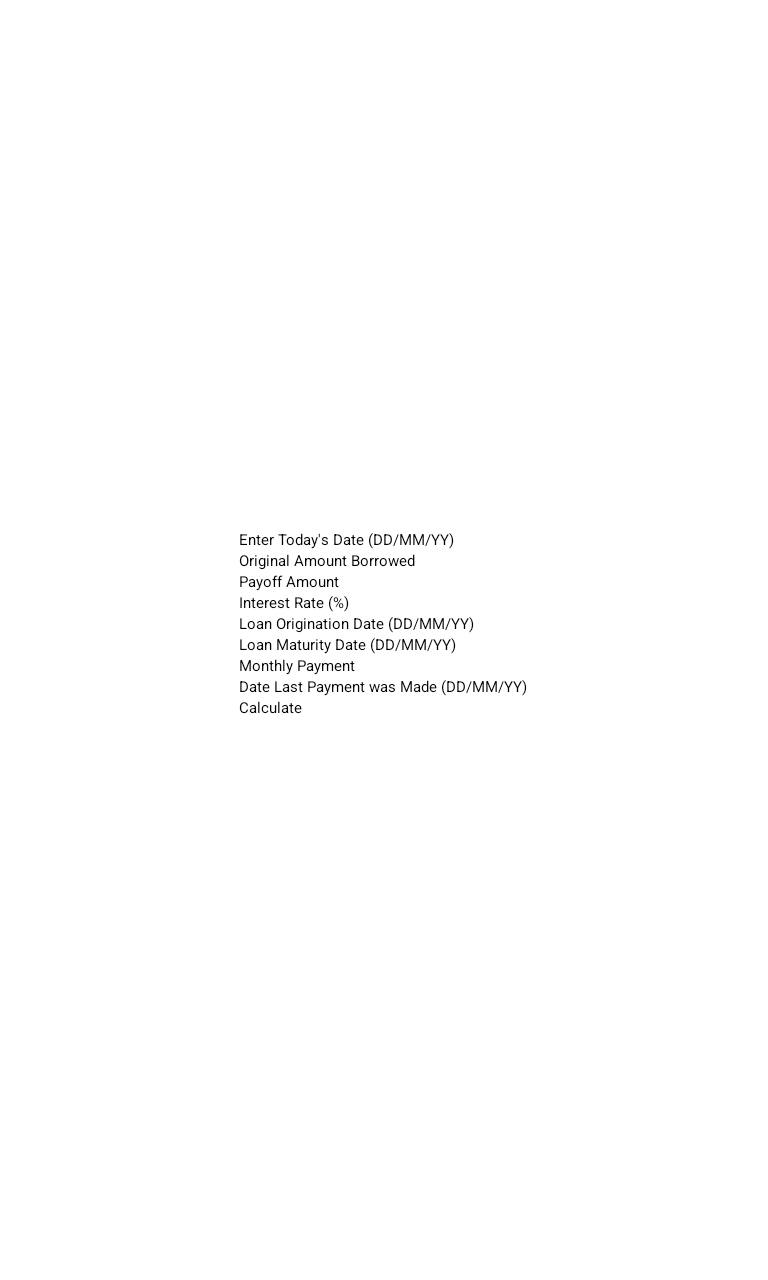
Repository: missxlian/angelHackSac
Layout: workspace/NoteHack/res/layout/fragment_section_launchpad.xml
The author's editor kept a copy of each file at every save. The layout is drawn from the files as they stood at one save, then again after a run of saves.
It is drawn on a 768 x 1280 px phone screen (xhdpi) without system bars, with theme AppTheme; the app's code is not run.

Above is the layout before, as saved 2013-12-01 05:38:19.

### workspace/NoteHack/res/layout/fragment_section_launchpad.xml
<!--
  Copyright 2012 The Android Open Source Project

  Licensed under the Apache License, Version 2.0 (the "License");
  you may not use this file except in compliance with the License.
  You may obtain a copy of the License at

      http://www.apache.org/licenses/LICENSE-2.0

  Unless required by applicable law or agreed to in writing, software
  distributed under the License is distributed on an "AS IS" BASIS,
  WITHOUT WARRANTIES OR CONDITIONS OF ANY KIND, either express or implied.
  See the License for the specific language governing permissions and
  limitations under the License.
  -->

<FrameLayout xmlns:android="http://schemas.android.com/apk/res/android"
    android:layout_width="match_parent"
    android:layout_height="match_parent">

    <LinearLayout android:orientation="vertical"
        android:layout_width="wrap_content"
        android:layout_height="wrap_content"
        android:layout_gravity="center">


        <EditText
            android:id="@+id/date"
            android:layout_width="match_parent"
            android:layout_height="wrap_content"
            android:inputType="date"
            android:hint="Enter Today's Date (DD/MM/YY)"
          />

        <EditText
            android:id="@+id/orginalAB"
            android:layout_width="match_parent"
            android:layout_height="wrap_content"
            android:inputType="numberDecimal"
            android:hint="Original Amount Borrowed"
        />

        <EditText
            android:id="@+id/payoff"
            android:layout_width="match_parent"
            android:layout_height="wrap_content"
            android:inputType="numberDecimal"
            android:hint="Payoff Amount"
         />

        <EditText
            android:id="@+id/interestRate"
            android:layout_width="match_parent"
            android:layout_height="wrap_content"
            android:inputType="numberDecimal"
            android:hint="Interest Rate (%)"
         />

        <EditText
            android:id="@+id/originDate"
            android:layout_width="match_parent"
            android:layout_height="wrap_content"
            android:inputType="date"
            android:hint="Loan Origination Date (DD/MM/YY)"
             />

        <EditText
            android:id="@+id/matDate"
            android:layout_width="match_parent"
            android:layout_height="wrap_content"
            android:inputType="date"
            android:hint="Loan Maturity Date (DD/MM/YY)"
             />


        <EditText
            android:id="@+id/monPay"
            android:layout_width="match_parent"
            android:layout_height="wrap_content"
            android:inputType="numberDecimal"
            android:hint="Monthly Payment"
          />

        <EditText
            android:id="@+id/dateLastPay"
            android:layout_width="match_parent"
            android:layout_height="wrap_content"
            android:inputType="date"
            android:hint="Date Last Payment was Made (DD/MM/YY)"
             />

        <Button android:id="@+id/home_worth_button"
            android:layout_width="match_parent"
            android:layout_height="wrap_content"
            android:layout_marginBottom="16dp"
            android:text="@string/homeworth"
            android:onClick="sendMessage"/>

    </LinearLayout>



</FrameLayout>

### workspace/NoteHack/res/values/strings.xml
<!--
  Copyright 2012 The Android Open Source Project

  Licensed under the Apache License, Version 2.0 (the "License");
  you may not use this file except in compliance with the License.
  You may obtain a copy of the License at

      http://www.apache.org/licenses/LICENSE-2.0

  Unless required by applicable law or agreed to in writing, software
  distributed under the License is distributed on an "AS IS" BASIS,
  WITHOUT WARRANTIES OR CONDITIONS OF ANY KIND, either express or implied.
  See the License for the specific language governing permissions and
  limitations under the License.
  -->

<resources>
    <string name="app_name">Note Buying</string>

    <string name="dummy_section_text">Section %1d is just a dummy section.</string>

    <string name="demo_external_activity">Demo External Activity</string>
    <string name="homeworth">Calculate</string>
</resources>

After the next 2 saves:
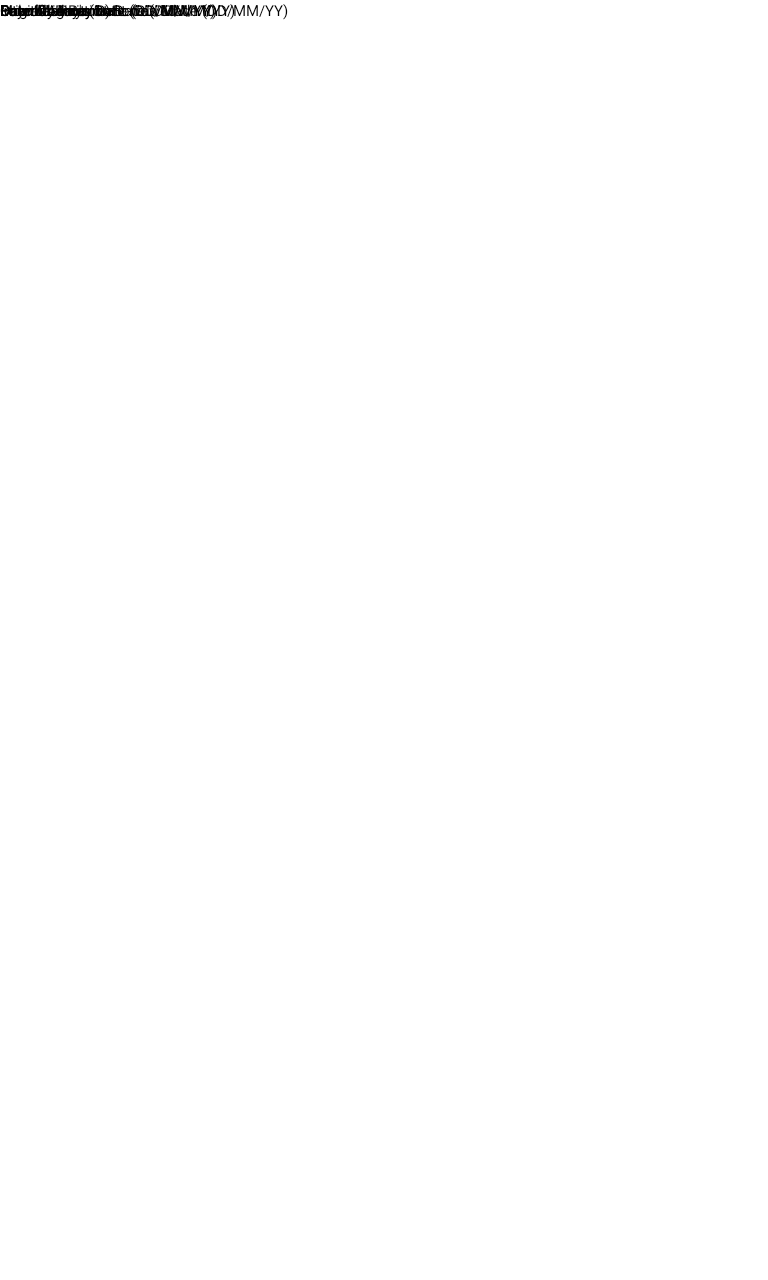
The 2 saves are shown as one change because 1 did not build or start.
The last was saved 6 min 18 s later.
--- a/workspace/NoteHack/res/layout/fragment_section_launchpad.xml
+++ b/workspace/NoteHack/res/layout/fragment_section_launchpad.xml
@@ -18,10 +18,7 @@
     android:layout_width="match_parent"
     android:layout_height="match_parent">
 
-    <LinearLayout android:orientation="vertical"
-        android:layout_width="wrap_content"
-        android:layout_height="wrap_content"
-        android:layout_gravity="center">
+
 
 
         <EditText
@@ -96,7 +93,7 @@
             android:text="@string/homeworth"
             android:onClick="sendMessage"/>
 
-    </LinearLayout>
+
 
 
 

After the 2 saves that followed:
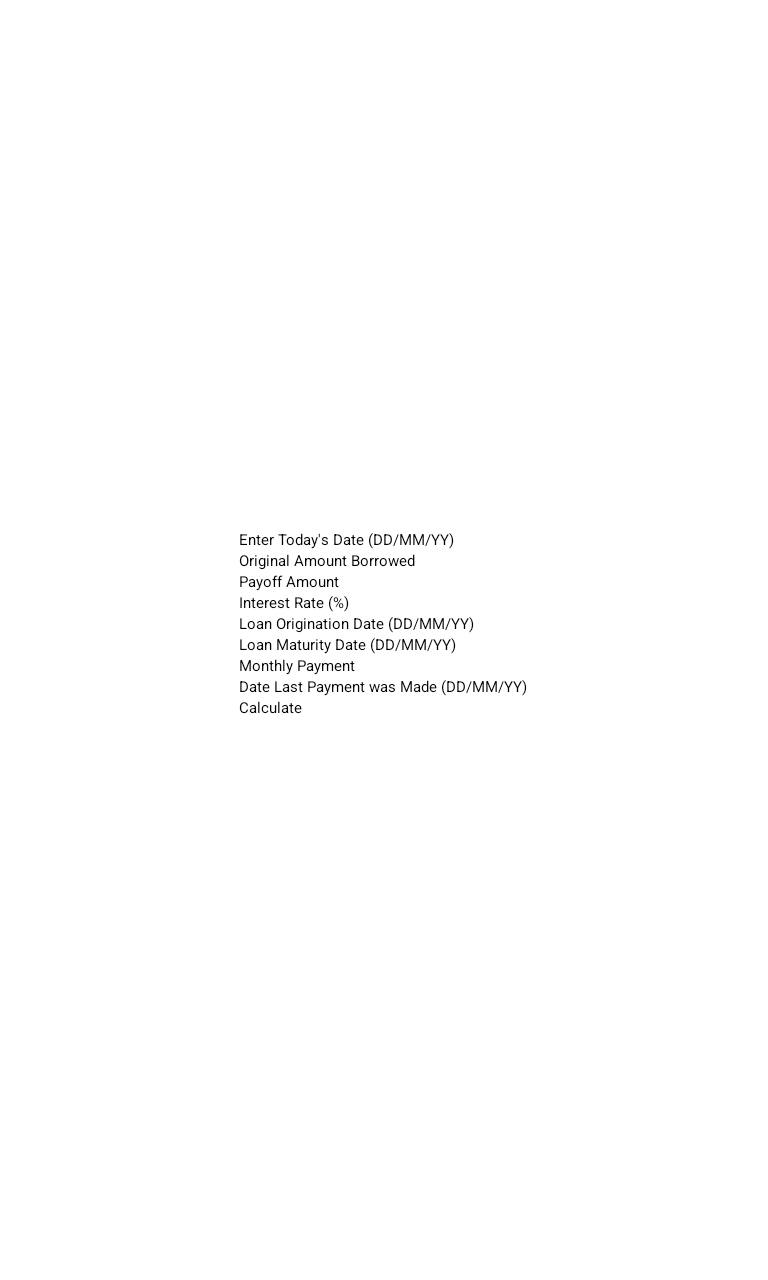
The 2 saves are shown as one change because 1 did not build or start.
The last was saved 69 s later.
--- a/workspace/NoteHack/res/layout/fragment_section_launchpad.xml
+++ b/workspace/NoteHack/res/layout/fragment_section_launchpad.xml
@@ -18,7 +18,10 @@
     android:layout_width="match_parent"
     android:layout_height="match_parent">
 
-
+    <LinearLayout android:orientation="vertical"
+        android:layout_width="wrap_content"
+        android:layout_height="wrap_content"
+        android:layout_gravity="center">
 
 
         <EditText
@@ -93,7 +96,7 @@
             android:text="@string/homeworth"
             android:onClick="sendMessage"/>
 
-
+    </LinearLayout>
 
 
 
